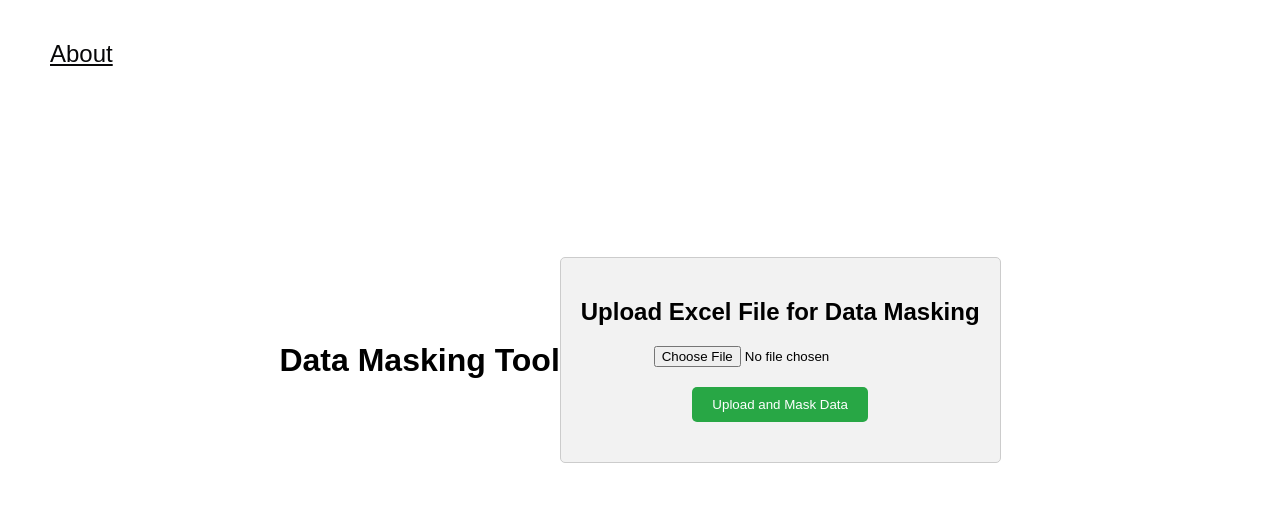
Repository: prithika12/DataMasking_Tool
Page: index.html
These files come from the project's save history. The page is drawn as it stood at one moment and after the next save; the edit follows.
The browser window is 1280 px wide. The pictures show the whole page.

Above is the page before, as saved 2024-07-09 11:51:43.

After the next save:
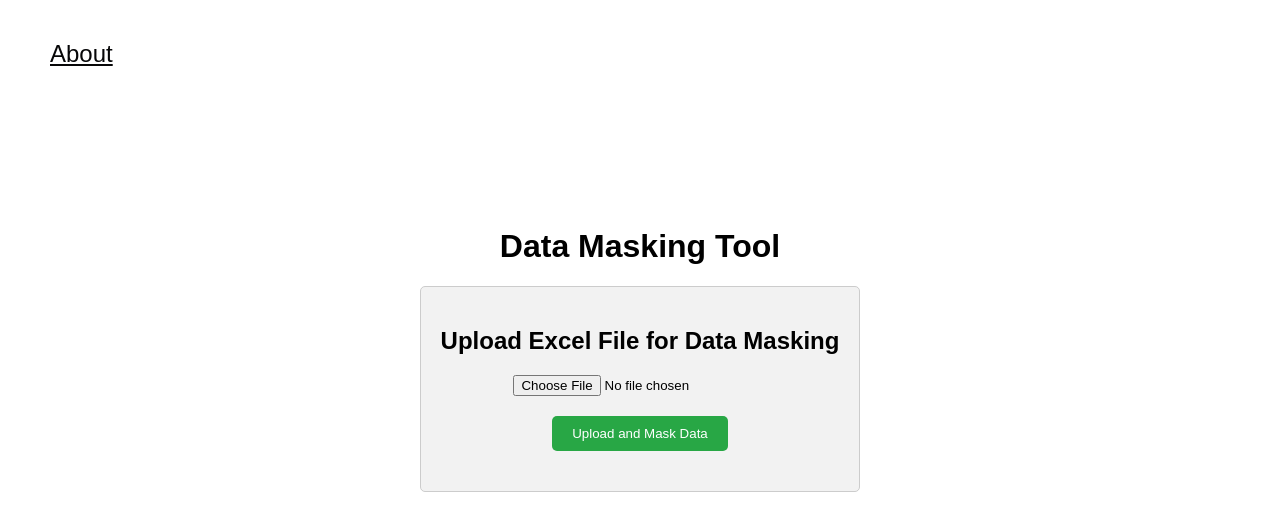
Saved 12 s later.
--- a/index.html
+++ b/index.html
@@ -8,8 +8,9 @@
             margin: 0;
             padding: 0;
             display: flex;
-            justify-content: center; /* Center horizontally */
-            align-items: center; /* Center vertically */
+            flex-direction: column; /* Align items in a column */
+            justify-content: center; /* Center vertically */
+            align-items: center; /* Center horizontally */
             height: 100vh; /* Full viewport height */
         }
         .container {
@@ -18,8 +19,13 @@
             background-color: #f2f2f2;
             border: 1px solid #ccc;
             border-radius: 5px;
+            text-align: center; /* Center text inside container */
         }
-        h1, h2 {
+        h1 {
+            text-align: center; /* Center text */
+            margin-top: 0; /* Remove default margin */
+        }
+        h2 {
             text-align: center;
         }
         input[type="file"] {
